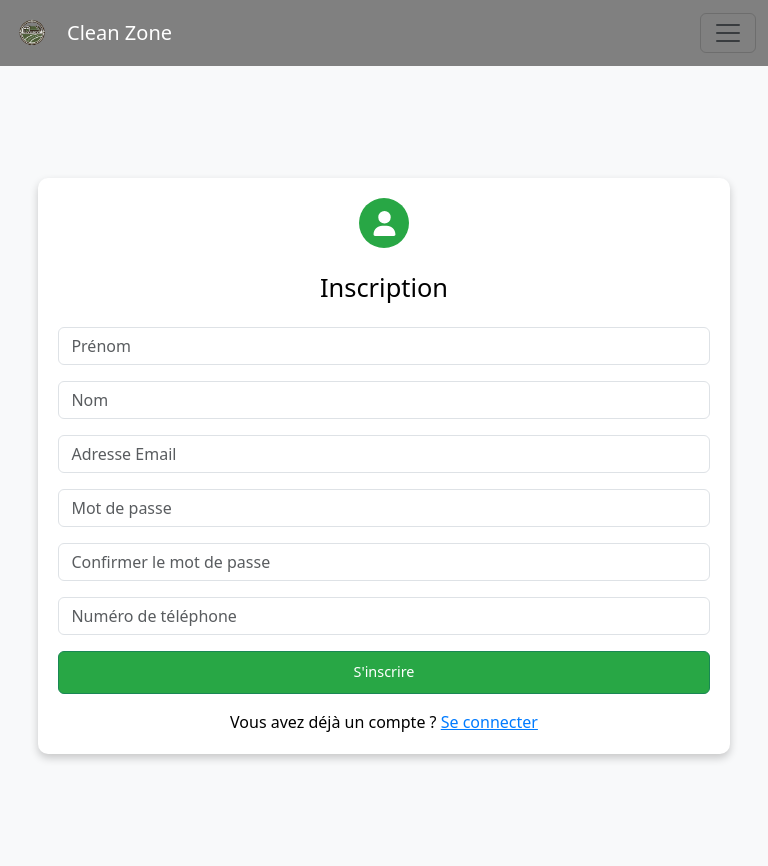
Repository: SystemInfoGeo/QGISproject
Page: /signup (app in NEXT/)
These files come from the project's save history. The page is drawn as it stood at one moment and after the next save; the edit follows.
The browser window is 768 px wide. The pictures show the whole page.
The project was rebuilt for these pictures with package versions that can differ from the ones it lists, and the page was loaded fresh each time. The framework's server and built-in components were replaced by stand-ins that run in the browser. Also part of the build but not shown: NEXT/next.config.mjs.

Above is the page before, as saved 2024-09-16 18:11:32.

After the next save:
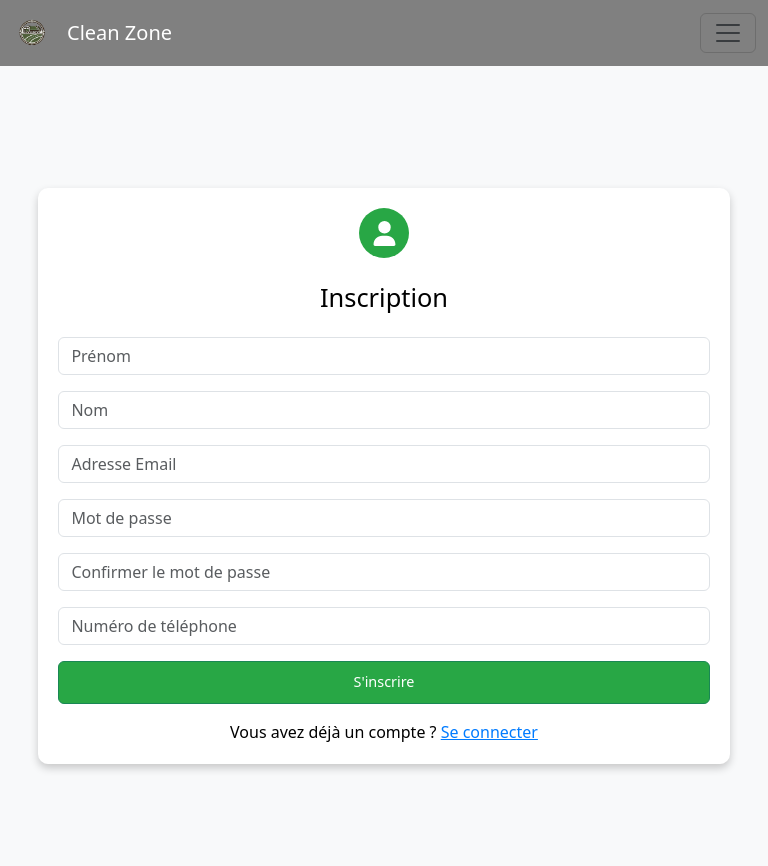
Saved 2 min 11 s later.
--- a/NEXT/styles/Signup.css
+++ b/NEXT/styles/Signup.css
@@ -6,6 +6,8 @@
   box-shadow: 0 4px 8px rgba(0, 0, 0, 0.2);
   max-width: 400px;
   width: 100%;
+  /* Ajustez cette marge pour monter le formulaire */
+  margin-top: 30px; /* Ajustez cette valeur selon vos besoins */
 }
 
 /* Icône de l'inscription */
@@ -71,6 +73,7 @@
   .signup-container {
     max-width: 90%;
     padding: 20px;
+    margin-top: 20px; /* Réduit la marge en haut sur les petits écrans si nécessaire */
   }
 
   .btn-success {

After the save that followed:
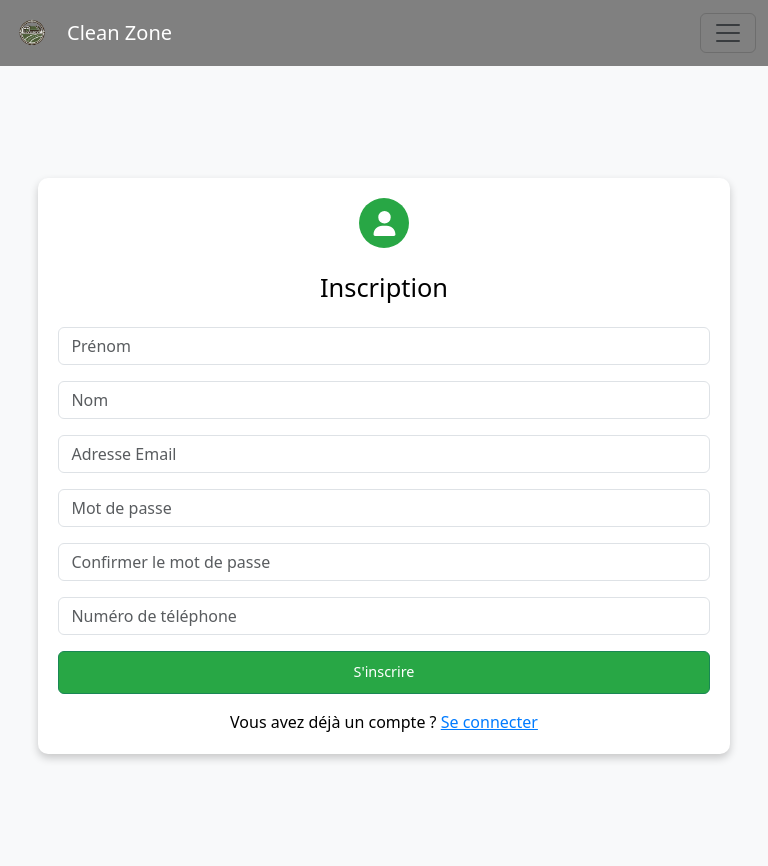
Saved 36 s later.
--- a/NEXT/styles/Signup.css
+++ b/NEXT/styles/Signup.css
@@ -6,8 +6,6 @@
   box-shadow: 0 4px 8px rgba(0, 0, 0, 0.2);
   max-width: 400px;
   width: 100%;
-  /* Ajustez cette marge pour monter le formulaire */
-  margin-top: 30px; /* Ajustez cette valeur selon vos besoins */
 }
 
 /* Icône de l'inscription */
@@ -73,7 +71,6 @@
   .signup-container {
     max-width: 90%;
     padding: 20px;
-    margin-top: 20px; /* Réduit la marge en haut sur les petits écrans si nécessaire */
   }
 
   .btn-success {
